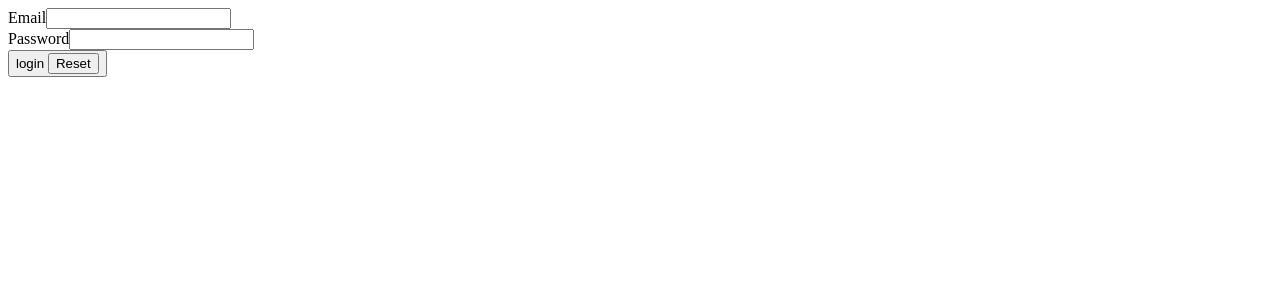
Repository: laxmichauhan/Student-Data-Insertion
Page: Application1/WebContent/login.html
These files come from the project's save history. The page is drawn as it stood at one moment and after the next save; the edit follows.
The browser window is 1280 px wide. The pictures show the whole page.

Above is the page before, as saved 2019-02-19 06:11:01.

### Application1/WebContent/login.html
<!DOCTYPE html>
<html>
<head>
<meta charset="ISO-8859-1">
<title>Insert title here</title>
</head>
<body>
<form action="Verify" method="post">
Email<input type="text" name="email"/><br>
Password<input type="password" name="password"/><br>
<button type="Login" value="login"/>login
<input type="Reset" name="reset"/>


</form>
</body>
</html>

After the next save:
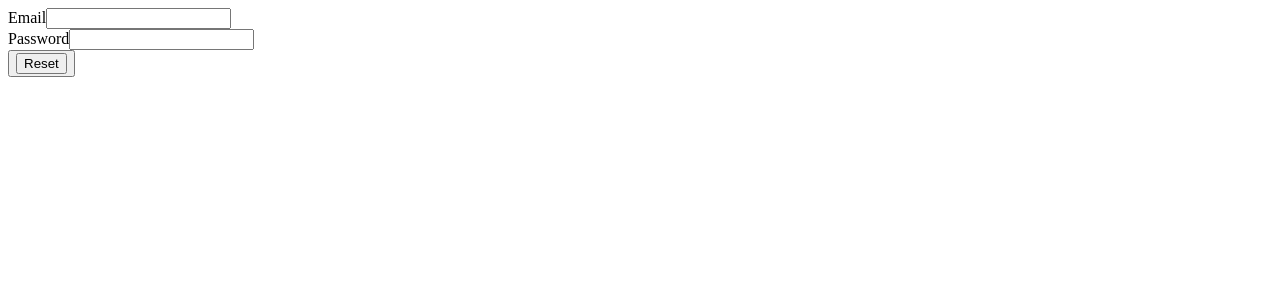
Saved 13 s later.
--- a/Application1/WebContent/login.html
+++ b/Application1/WebContent/login.html
@@ -8,7 +8,7 @@
 <form action="Verify" method="post">
 Email<input type="text" name="email"/><br>
 Password<input type="password" name="password"/><br>
-<button type="Login" value="login"/>login
+<button type="Login" value="login"/>
 <input type="Reset" name="reset"/>
 
 
